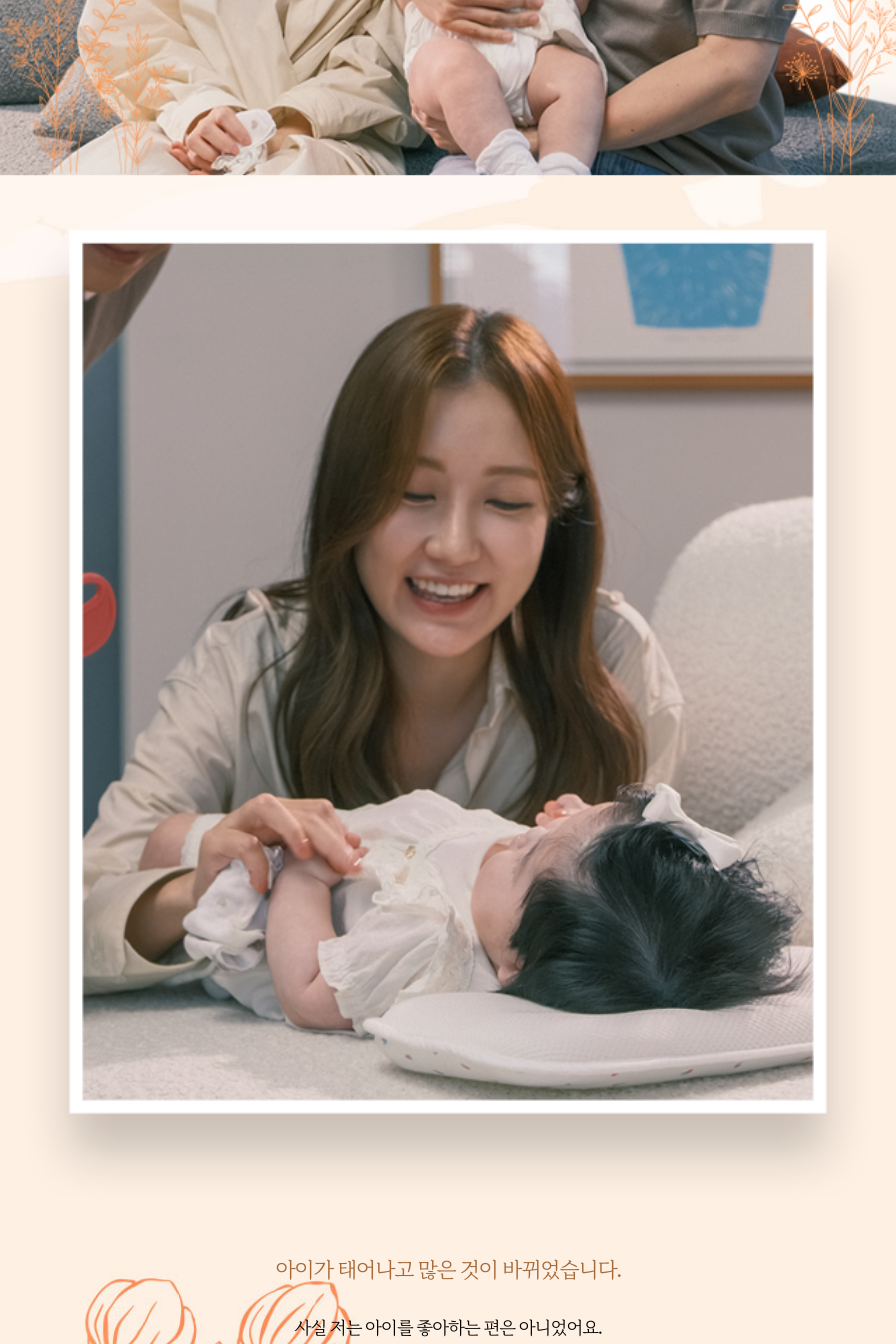
Repository: dlgywls1130/saveTheChildren_2024
Page: index.html
The author's editor kept a copy of each file at every save. The page is drawn from the files as they stood at one save, then again after the next save.
The browser window is 1280 px wide. The pictures show the part of the page from y = 2646 to 4566 px (the page is 18658 px tall before and 18558 px after), at 70% of full size.
Some web fonts or font styles are not loaded; a fallback is used. The style sheet was rebuilt from its Sass, Less or Tailwind sources for each picture, by a compiler version that may differ from the author's.

Above is the page before, as saved 2024-11-03 22:27:45.

### index.html
<!DOCTYPE html>
<html lang="en">
<head>
    <meta charset="UTF-8">
    <meta name="viewport" content="width=device-width, initial-scale=1.0">
    <title>Document</title>

    <link rel="stylesheet" href="./css/common.css">
</head>
<body>

    <!-- main -->
    <section class="main_container">
        <div class="container">
            <div class="logo_title mb-40">
                <img src="./images/logo.png" alt="logo">
                <p>우리 아기 좋은 날 기부</p>
            </div>

            <p class="sub_title mb-40">
                의사 오진승, 아나운서 김도연 가족과 함께하는
            </p>

            <h2 class="mb-30">우리 아기<br>좋은 날 일기</h2>

            <p class="sub_span_text mb-40">
                여러분은 자녀의 소중한 순간을<br>
                어떻게 기념 하시나요?
            </p>

            <p class="sub_descript mb-60">
                보통 사진을 찍고 영상을 남기는<br> 분들이 많으실 거에요. <br>
                우리 아이의 소중한 날을<br> 특별하게 기념하는 방법을<br>
                소개해드릴게요
            </p>

            <a href="#" class="record_btn">
                <img src="/images/pencle.png" alt="pencle">
                <p>우리 아기 좋은 날 기록하기</p>
            </a>
        </div>
    </section>

    <!-- 스토리섹션 -->

    <section class="story_section">
        <div class="container pt-100">

            <!-- 영상 -->
            <div class="video_container mb-150 ">
                <video></video>
            </div>

            <div class="story_01 mb-70">
                <p class="s01 mb-60">
                    “유튜브 <닥터프렌즈>를 운영하는<br> 정신과 전문의 오진승,
                    <br>KBS 전 아나운서, 현 프리랜서 방송인 김도연입니다.
                </p>

                <p class="s01_1 mb-60">
                    세이브더칠드런과는 자립지원아동들과<br> 미혼모가정을 위해
                    <br>기부하며 인연을 이어오고 있습니다.
                </p>

                <p class="s01_2">
                    지난 4월, 첫 딸 수빈이가 저희에게 찾아와 주었어요.”
                </p>

                <img src="/images/s1_1.png" alt="story">
            </div>


            <div class="story_02 mb-150">
                <div class="story_02_01">
                    <div class="story_image">
                        <img src="/images/s2_1.png" alt="stroy">
                    </div>
                    <div class="story_text-contain py-50">
                        <p class="story_text_01 mb-50">
                            아이가 태어나고 많은 것이 바뀌었습니다.
                        </p>
                        <p class="story_text_02 mb-50">
                            사실 저는 아이를 좋아하는 편은 아니었어요.
                            <br>하지만 낳고 처음 마주하는 순간, 생각했어요.
                        </p>
                        <p class="story_text_03 mb-50">
                            ‘천년의 사랑이 시작되었다.’
                        </p>

                        <p class="story_text_04">
                            지금은 힘들어도 아이 얼굴만 보면 웃음이 나와요.
                        </p>
                    </div>


                </div>
            </div>

            <div class="story_03 mb-100">
                <div class="story_03_01">

                    <div class="story_image">
                        <img src="/images/s3_1.png" alt="stroy">
                    </div>

                    <div class="story_text-contain py-50">
                        <p class="story_text_01 mb-100">
                            내 자녀를 볼 때,
                            <br>의학적으로 마음에 드는
                            <br>이성을 보았을 때의
                            <br>10배에 달하는 도파민이 나온대요.
                        </p>
                        <p class="story_text_02 mb-60">
                            저는 현재에 안주하며 사는
                            <br>편이었는데, 딸이 태어난 후부터
                            <br>삶에 대해 더 고민하고.
                            <br>잘하려고 노력하고 있어요.
                        </p>
                        <p class="story_text_03">
                            아이가 삶의 원동력이 된 셈이죠.
                        </p>

                    </div>

                </div>
            </div>

            <div class="story_04">
                <div class="story04_01 mb-150">

                    <div class="story_image">
                        <img src="/images/s4_1.png" alt="stroy">
                    </div>

                    <div class="story_text-contain py-50">
                        <p class="story_text_01 mb-30">
                            요즘은 수빈이와 함께 놀이터 갈 날을
                            <br>손꼽아 기다리고 있어요.
                        </p>
                        <p class="story_text_02">
                            아직 말귀도 못 알아듣는 아이한테
                            <br>“너 언제 커서 아빠랑 놀이터 갈래?”
                            <br>묻고는 하죠.

                        </p>

                    </div>

                </div>

                <div class="story04_02 mb-150">

                    <div class="story_image">
                        <img src="/images/s4_2.png" alt="stroy">
                    </div>

                    <div class="story_text-contain pt-30">
                        <p class="story_text_01 mb-30">
                            아이를 정신없이 키우다 보니
                            <br>탄생의 순간이 희미해지고 있었어요.
                        </p>
                        <p class="story_text_02">
                            우리 아기 좋은 날 캠페인에
                            <br>참여해서 직접 기념일 이야기를 담은
                            <br>후원감사증서를 받아보니,
                            <br>그때 생각이 나서 너무 좋았어요.

                        </p>

                    </div>


                </div>
            </div>

            <div class="story_05">
                <div class="story_05_01 pt-80 mb-50">

                    <div class="story_text mb-30">
                        “아이가 건강하게 발달단계를 해내는
                        <br>소중한 순간에 기부를 하면
                        <br>수빈이가 더 건강하고,행복하게
                        <br>자라게 되지 않을까요?
                        <br>
                        <br>소중한 순간마다 기부하고
                        <br>앨범처럼 남겨서 보여주면
                        <br>자랑스러운 부모가 될 것 같아요”
                    </div>

                    <div class="img_story">
                        <img src="/images/s5_1.png">
                    </div>
                </div>

                <div class="story_05_02  pt-80 px-60 mb-100">

                    <div class="story_text mb-30">
                        “저는 칭찬 받거나 스스로에게 자부심을
                        <br>느낀 순간은 오래 기억된다고 생각해요.
                        <br>
                        <br>내 아이에게 ‘네가 첫 양치질을 잘 해낸
                        <br>기념으로  다른 친구를 도왔어.’ 라고
                        <br>말해준다면 그 뿌듯함을 밑거름으로
                        <br>자기 자신과 다른 사람 모두 사랑할 수 있는
                        <br>아이로 성장하지 않을까요?”
                    </div>

                    <div class="img_story">
                        <img src="/images/s5_2.png">
                    </div>

                </div>


                <div class="middle_cotain">
                    <p class="mb-100">
                        첫 걸음마, 첫돌,
                        <br>처음 엄마 아빠를 부른 날,
                        <br>처음 비를 맞아본 날, 처음 놀이터에 간 날
                        <br>그 소중한 순간을 기부로 기록해보세요.
                    </p>

                    <p class="mb-200">후원해주신 모든 분들께 <br>
                        직접 작성한 기념일 이야기가 담긴<br>
                        <span>후원감사증서</span>를 드리며,
                        <br>30만원 이상 후원해 주신 분들께는
                        <br>이름을 수놓은 <span>순면거즈블랭킷</span>을<br>
                        증정하고 있습니다.
                    </p>

                    <div class="middle_image mb-100">
                        <div class="middel_left">
                            <img src="/images/s6_1.png">
                        </div>
                        <div class="middel_right">
                            <img src="/images/s6_2.png">
                        </div>


                    </div>



                </div>



            </div>
            <a href="#" class="record_btn">
                <img src="/images/pencle.png" alt="pencle">
                <p>우리 아기 좋은 날 기록하기</p>
            </a>

        </div>


    </section>

    <!-- info -->

    <section class="sponsor_section">

        <div class="container py-80">

            <!-- 후원신청 -->
            <div class="sponsor-container pt-100 mb-150">
                <h2 class="mb-80">후원신청 과정</h2>

                <div class="sponsor_list  mb-80">
                    <div class="sponsor_list_inner">
                        <div class="list-inner-img">
                            <img src="/images/circle_1.png" alt="sponsor">
                        </div>
                        <p>후원신청하기</p>

                    </div>

                    <div class="sponsor_list_inner">
                        <div class="list-inner-img">
                            <img src="/images/circle_2.png">
                        </div>
                        <p>후원감사증서<br>메시지 적기</p>

                    </div>

                    <div class="sponsor_list_inner">
                        <div class="list-inner-img">
                            <img src="/images/circle_3.png">
                        </div>
                        <p>신청완료</p>

                    </div>

                    <div class="sponsor_list_inner">
                        <div class="list-inner-img">
                            <img src="/images/circle_4.png">
                        </div>
                        <p>후원감사증서 발송<br>(1주일이내)</p>

                    </div>
                </div>

                <p class="info-span">
                    30만원 이상 후원자 분들께는
                    <br>순면거즈블랭킷 제작을 위한
                    <br>문자가 별도 발송됩니다.
                    <br>(후원 2-3일 이내)
                </p>
            </div>


            <div class="sponsor-inner mb-150">
                <h2 class="mb-100">후원금, 이렇게 쓰여요!</h2>

                <p class="mb-100">
                    세이브더칠드런은
                    <br>국내외 아동을 위해 생계지원,
                    <br>의료지원, 긴급구호 등의 활동을
                    <br>진행하고 있습니다.
                    <br>
                    <br>보내주신 후원금은
                    <br>정치, 종교, 인종에 관계없이
                    <br>가장 도움이 필요한 아이를 위해
                    <br>우선 사용됩니다.

                </p>

                <img src="/images/baby.png">
            </div>

            <div class="faq_section">
                <div class="container">
                    <h2 class="mb-40">FAQ</h2>

                    <ul class="faq_list">
                        <li>
                            <div class="faq_question">
                                <p>30만원 이상 후원했습니다.
                                    <br>거즈 순면 블랭킷은 언제 오나요?</p>
                            </div>
                            <div class="faq_answer">
                                우리아기 축하기부로 30만원 이상 후원자님들께는
                                <br>담요에 수놓을 아기 이름과 선물 수령 주소 확인을 위한
                                <br>문자가 발송됩니다. 02-6900-4479로 발송되는
                                <br>문자 속 설문조사에 답해주세요.
                                <br>확인을 완료하신 분들께는 블랭킷 제작을 담당하고 있는
                                <br>조니 스튜디오에서 아기 이름 자수  작업 완료 후 배송해 드립니다.


                            </div>
                        </li>
                        <li>
                            <div class="faq_question">
                                <p>순면 거즈 블랭킷, 안전한 제품인가요? </p>
                            </div>
                            <div class="faq_answer">
                                본 블랭킷은 워싱된 3중 거즈로 제작되었으며,
                                <br>KC안전검사를 완료하였습니다.
                                <br>소재 특성상 섬유 조각이 발생할 수 있어 망에 넣지 않고
                                <br>3번 정도 물빨래 하시는 것을 권장합니다.


                            </div>
                        </li>
                        <li>
                            <div class="faq_question">
                                <p>순면 거즈 블랭킷을 받았는 데 하자가 있어요.
                                    <br>어떻게 해야 하나요? </p>
                            </div>
                            <div class="faq_answer">
                                물품에 동봉된 조니스튜디오 연락처로 연락 부탁드립니다.
                                <br>하자 물품에 대한 교환은 수령일로부터 7일 이내에
                                <br>조니스튜디오에 연락해주셔야 하며,
                                <br>이로 인한 후원금 환불은 어렵습니다.

                            </div>
                        </li>
                        <li>
                            <div class="faq_question">
                                <p>후원감사증서에 넣을 수 있는 사진 사이즈는 얼마인가요?</p>
                            </div>
                            <div class="faq_answer">
                                사진 인화 사이즈 5*7 인치에 맞추어서 제작되었습니다.
                                <br>그보다 작은 사진일 경우,  후원감사증서 내부의 주머니에
                                <br>넣어 보관하실 수도  있습니다.

                            </div>
                        </li>
                    </ul>
                </div>
            </div>
        </div>

        <a href="#" class="record_btn">
            <img src="/images/pencle.png" alt="pencle" class="pencle-img">
            <p>좋은 날 기록하기</p>

            <img src="/images/floating.png" alt="float_image" class="float_image">
        </a>
    </section>


</body>
</html>

Loaded but not shown: css/common.scss (1014 lines, source omitted)

After the next save:
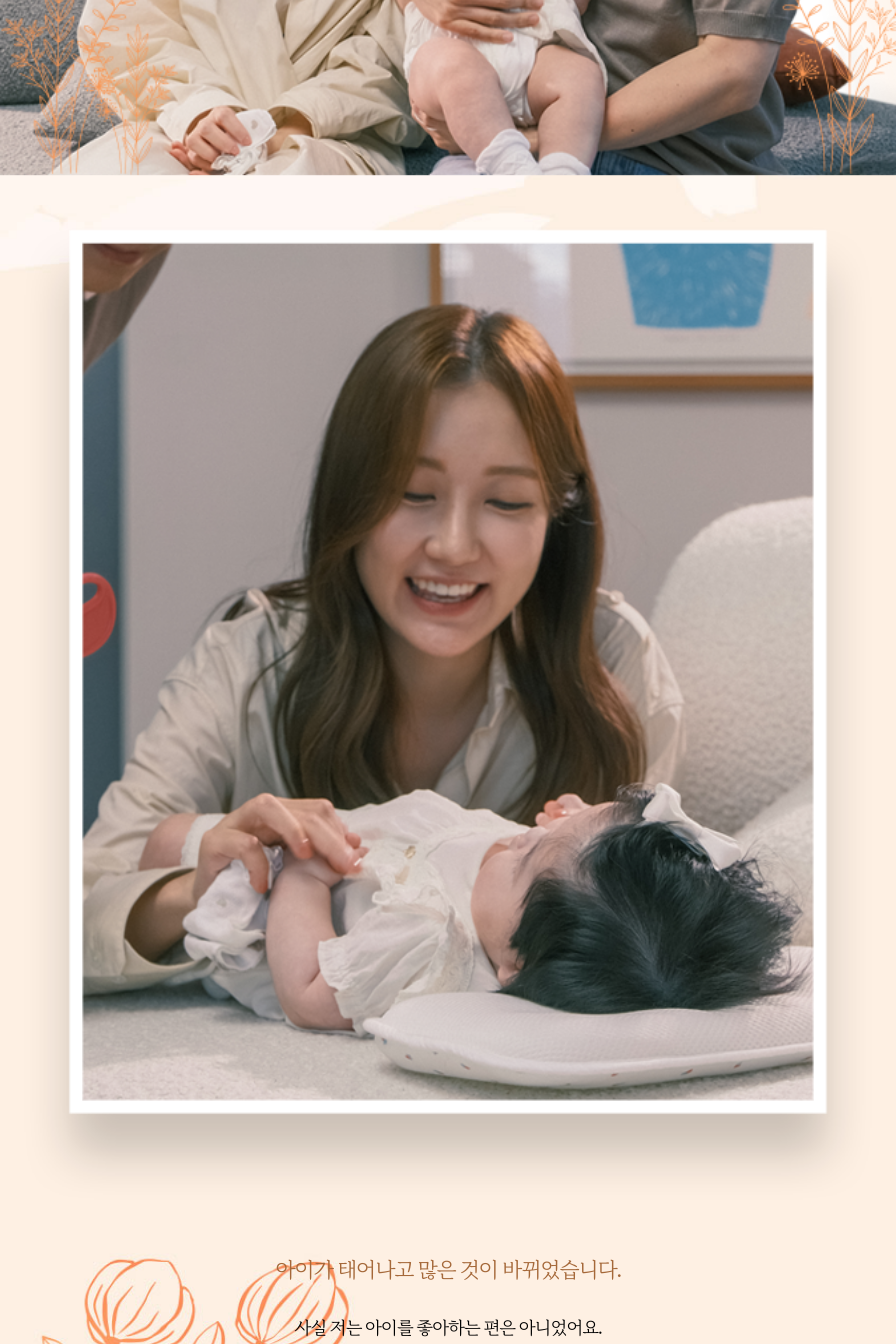
Saved 63 s later.
--- a/index.html
+++ b/index.html
@@ -6,6 +6,7 @@
     <title>Document</title>
 
     <link rel="stylesheet" href="./css/common.css">
+    <link rel="stylesheet" href="https://cdn.jsdelivr.net/npm/swiper@11/swiper-bundle.min.css" />
 </head>
 <body>
 
@@ -228,7 +229,7 @@
                         증정하고 있습니다.
                     </p>
 
-                    <div class="middle_image mb-100">
+                    <div class="middle_image">
                         <div class="middel_left">
                             <img src="/images/s6_1.png">
                         </div>
